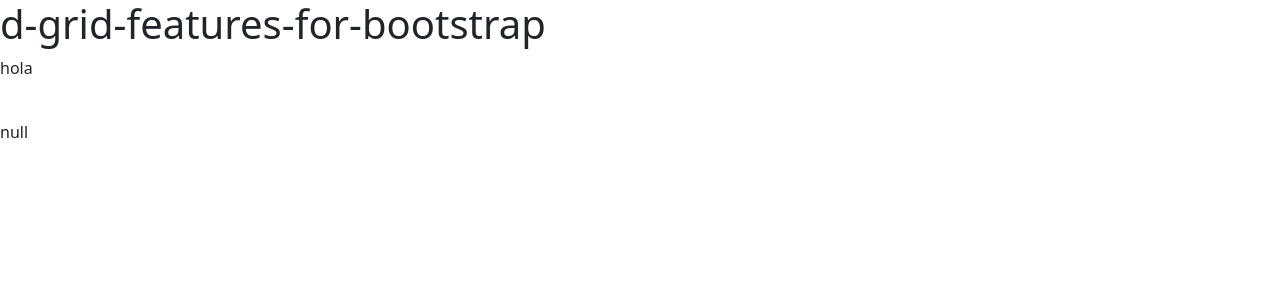
Repository: LynxPardelle/d-grid-features-for-bootstrap
Page: index.html
An editor plug-in stored every save of this project. The page is shown before and after the next save, followed by the edit.
The browser window is 1280 px wide. The pictures show the whole page.

Above is the page before, as saved 2021-10-20 03:45:30.

### index.html
<!DOCTYPE html>
<html lang="en">
<head>
  <meta charset="UTF-8">
  <meta http-equiv="X-UA-Compatible" content="IE=edge">
  <meta name="viewport" content="width=device-width, initial-scale=1.0">
  <title>d-grid-features-for-bootstrap</title>
  <link href="https://cdn.jsdelivr.net/npm/bootstrap@5.1.3/dist/css/bootstrap.min.css" rel="stylesheet" integrity="sha384-1BmE4kWBq78iYhFldvKuhfTAU6auU8tT94WrHftjDbrCEXSU1oBoqyl2QvZ6jIW3" crossorigin="anonymous">
</head>
<body>
  <h1>d-grid-features-for-bootstrap</h1>

  <section data-gfbs="grid">
    <div>

    </div>
  </section>

  <div id="console">

  </div>

  <script src="https://cdn.jsdelivr.net/npm/bootstrap@5.1.3/dist/js/bootstrap.bundle.min.js" integrity="sha384-ka7Sk0Gln4gmtz2MlQnikT1wXgYsOg+OMhuP+IlRH9sENBO0LRn5q+8nbTov4+1p" crossorigin="anonymous"></script>
  <script src="./d-grid.js"></script>
</body>
</html>

### d-grid.js
'use strict'

let gridElements = document.querySelector('data-gfbs');

console.log(gridElements);

document.getElementById('console').innerHTML += '<p>hola</p><br/>';
document.getElementById('console').innerHTML += gridElements;

After the next save:
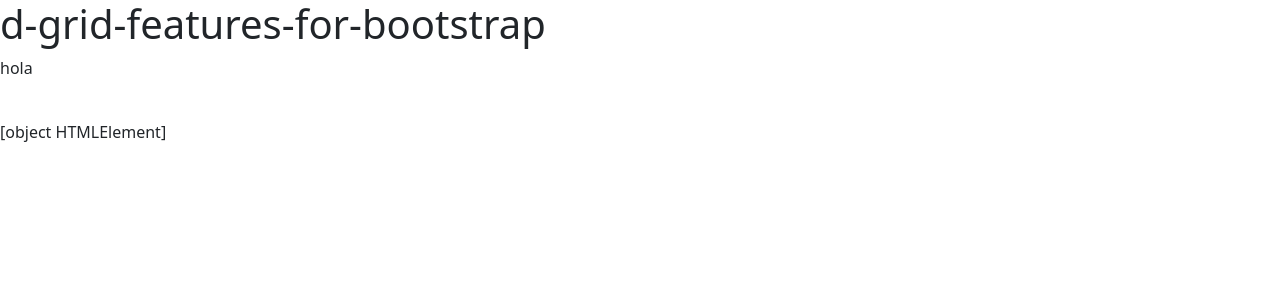
Saved 48 s later.
--- a/d-grid.js
+++ b/d-grid.js
@@ -1,6 +1,6 @@
 'use strict'
 
-let gridElements = document.querySelector('data-gfbs');
+let gridElements = document.querySelector('[data-gfbs]');
 
 console.log(gridElements);
 
